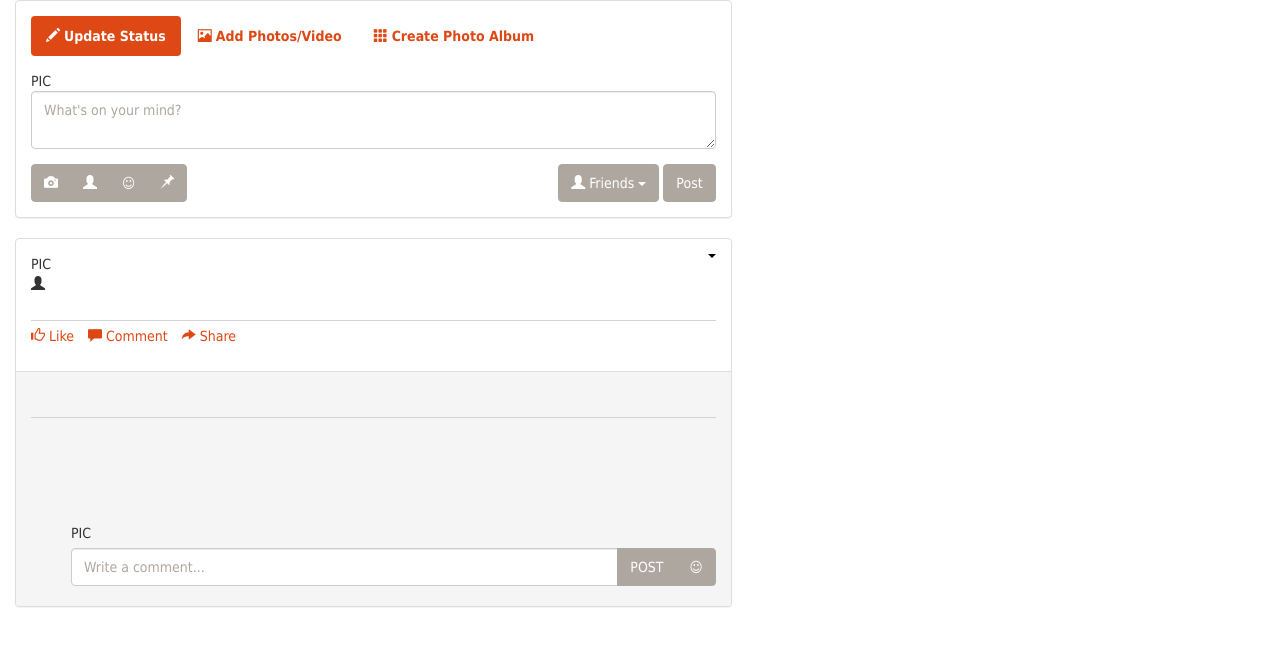
Repository: harshagithub19/news_feed
Page: fbapp3/src/main/webapp/newcheck.html
These files come from the project's save history. The page is drawn as it stood at one moment and after the next save; the edit follows.
The browser window is 1280 px wide. The pictures show the whole page.
The page's requests for data from a server got no answer. Some web fonts or font styles are not loaded; a fallback is used. Some web libraries are served in a nearby version.

Above is the page before, as saved 2017-03-05 02:35:02.

### fbapp3/src/main/webapp/newcheck.html
<!DOCTYPE html>
<html>
<head>
<meta charset="UTF-8">
<meta http-equiv="Content-Type" content="text/html; charset=ISO-8859-1">


<script src="https://ajax.googleapis.com/ajax/libs/jquery/3.1.1/jquery.min.js"></script>
<script src="https://ajax.googleapis.com/ajax/libs/jquery/3.1.1/jquery.ui.min.js"></script>
<script src="https://maxcdn.bootstrapcdn.com/bootstrap/3.3.7/js/bootstrap.min.js"></script>
<script type="text/javascript" src="http://cdn.jsdelivr.net/jquery.cookie/1.3.1/jquery.cookie.js"></script>
<link href="bootstrap/css/bootstrap.css" rel="stylesheet" />
<link href="assets/css/bootstrap-united.css" rel="stylesheet" />



<style type="text/css" >
  hr {
  margin-top: 5px;
  margin-bottom: 5px;
  /* The color of `hr` is set by its top border color.
     Yeah, it's weird. */
  border-top: 1px solid lightgray;
}
</style>

<script type="text/javascript">

  $(document).ready(function(){

	  //  var obj1 = {user_id:21};
	//	var myJSON1 = JSON.stringify(obj1);
	var user_id=21;
	var stat_id; // global variable for status that is fetched
  	       	$.ajax({
  	                   url: "http://localhost:8080/fbapp3/webapi/status/21/",
  	                   type: "GET",
  	                   //data: "myJSON1",
  	                   dataType: "json",
  	                   contentType : "application/json",
  	                   crossDomain: true,
  	                   processData: true,
  	                   success: function(response){


  	                	if(response!=null){
  	                		 //alert("working");

  	                       var data =JSON.parse(JSON.stringify(response));
  	                     //alert(data);
  	                       stat_id= data[0].statusID;
  	                      // window.alert(stat_id);

  	                     var forstatus;

	                	   forstatus = "<p"+">"+ data[0].status_desc+ "</p>";
	                	   $("#forstatus").html(forstatus);


	                	   var dateandperson;

	                	       dateandperson = "<a href="+"#"+">"+ data[0].author_id+ "</a>";
	                	       dateandperson += "<br"+">"+ data[0].created;


	                	   $("#dateandperson").html(dateandperson);


	                	   var x = data[0].likes_count;
		               	   alert(data[0].likes_count);
		               	   alert(data[0].statusID);
		               	   var lc;
		               	   //lc="<a href="+"#"+">"+13+ "</a>";
		               	   lc="<a class="+"like_class"+" href="+"#"+">"+13+"</a>";
		               	   $("#likescount").html(lc);

  	                      var cmnt=data[0].a;
  	                      var output= "<ul class="+"media-list"+">";
	                	   for (i=0; i < cmnt.length; i++){
	                	      // output += "<li class="+"media"+">"+ cmnt[i].comment_desc+ "</li>" +"<hr>";
	                	     // output+= "<li class="+"media"+">" + "<div class="+"media-left"+">"+PIC+"</div>"+"<div class="+"media-body"+">" + cmnt[i].comment_desc+"</div>"+"</li>"+"<hr>"
	                	       output+= "<li class="+"media"+">" +"<div class="+"media-left"+">"+cmnt[i].userID+"</div>"+"<div class="+"media-body"+">"+cmnt[i].comment_desc+"</div>"+"</li>"+"<hr>";
	                	   }
	                	   output += "</ul>";
  	                	   $("#output").html(output);


  	                       /***


		  	                	       // status
		  	                	        var forstatus="<p>"+data[0].status_desc+"</p";

		  	                	      //comments
				  	                	var output= "<ul class="+"media-list"+">";
				  	                	   for (i=0; i < data.length; i++){
				  	                	       output += "<li class="+"media"+">"+ data[0].a[i].comment_desc+ "</li>";

				  	                	   }

				  	                	   output += "</ul>";
				  	                	   $("#output").html(output);
				  	                	 //
				  	                	//date and person
				  	  	                	var dateandperson;

				  	  	                	       dateandperson += "<a href="+"#"+">"+ data[0].user_id+ "</a>";
				  	  	                	      // dateandperson += "<br>"+ data[0].created;


				  	  	                	   $("#dateandperson").html(dateandperson);


  	                       ***/


  	                }

  	                    else
  	                    {
							//	alert("not working");
  	                    	   window.location.href = "AddInfo.html";
  	                    	   }
  	                     },
  	          			error: function(e){
  	            					alert('Error121212: ' + e);
  	            					alert(e.toString());
  	          			}

  	    	  });

  	    //$('a[href="#thumbs-up"]').click(function(e){


  		/* $('a[href="#thumbs-up"]').on('click', 'span.glyphicon glyphicon-thumbs-up',function() {
  			// $('.like_class').html(function(i,val){
  		       var reference = this;
  		        // window.alert("hello");

  		        //alert('follow');
  		       e.preventDefault();
  		       minclose();

  		      // return val*1+1
  		     //});

  		        //$(reference).removeClass("follow");
  		        //$(reference).addClass("unfollow");




  	      }); */

  	    $('a[href="#thumbs-up"]').on('click', 'span.glyphicon glyphicon-thumbs-up', function(e) {
  	    	e.preventDefault();
  	    	var reference = this;
  	        alert('follow');
  	        minclose();
  	        $(reference).removeClass("glyphicon glyphicon-thumbs-up");
  	        $(reference).addClass("glyphicon glyphicon-user");
  	    });

  			//closing of  $('a[href="#thumbs-up"]')


	 });

  	    function minclose(){
  	      var obj = { lstatusID:2,luserID:99}; //luserID will be fetched from web token i.e user who is currently logged in
          var myJSON = JSON.stringify(obj);
 	       	alert('hereeeeeee');
  	    	$.ajax({

                type: "POST",
                url: "http://localhost:8080/fbapp3/webapi/status/incrementLike",
                data: myJSON,
                contentType : "application/json",
                dataType: "json",
                 success:function(resp) {
                     if(resp==true){
                        window.alert("liked successfully");
                  	  }
                     else
                  	   {
                    	 window.alert("error mode");
                  	   }
                    },
                    error: function(jqXHR, textStatus, errorThrown){
	                     console.log("Something really bad happened " + textStatus);
	                      $("#ajaxResponse").html(jqXHR.responseText);
	                },
	                beforeSend: function(jqXHR, settings){
	                    $('#myButton').attr("disabled", true);
	                },complete: function(jqXHR, textStatus){
	                    $('#myButton').attr("disabled", false);
	                }

           });

  	    }





</script>
<title>Insert title here</title>
</head>
<body>


<!-- Main feed: A cell that spans 7 columns -->
<div class="col-md-7">
  <!-- Status update entry -->
  <div class="panel panel-default">
    <div class="panel-body">

	    <ul class="nav nav-pills">
	      <li role="presentation" class="active">
	        <a href="#"><span class="glyphicon glyphicon-pencil"></span> <strong>Update Status</strong></a>
	      </li>
	      <li role="presentation">
	        <a href="#"><span class="glyphicon glyphicon-picture"></span> <strong>Add Photos/Video</strong></a>
	      </li>
	      <li role="presentation">
	        <a href="#"><span class="glyphicon glyphicon-th"></span> <strong>Create Photo Album</strong></a>
	      </li>
	    </ul>

        <div class="media">
			  <div class="media-left media-top">
			    PIC
			  </div>
			  <div class="media-body">
			    <div class="form-group">
			      <!-- rows="2" means "display the textarea as 2 rows high". The user can
			           enter more than 2 rows of text. -->
			      <textarea class="form-control" rows="2" placeholder="What's on your mind?"></textarea>
			    </div>
			  </div>
       </div>

      <div class="row">
		  <div class="col-md-6">
		    <div class="btn-group" role="group">
		      <button type="button" class="btn btn-default">
		        <span class="glyphicon glyphicon-camera"></span>
		      </button>
		      <button type="button" class="btn btn-default">
		        <span class="glyphicon glyphicon-user"></span>
		      </button>
		      <button type="button" class="btn btn-default">
		        ☺
		      </button>
		      <button type="button" class="btn btn-default">
		        <span class="glyphicon glyphicon-pushpin"></span>
		      </button>
		    </div>
		  </div>
		  <div class="col-md-6">
		    <div class="pull-right">
		      <button type="button" class="btn btn-default">
		        <span class="glyphicon glyphicon-user"></span> Friends <span class="caret"></span>
		      </button>
		      <button type="button" class="btn btn-default">
		        Post
		      </button>
		    </div>
		  </div>
     </div>




    </div>
  </div>
  <!-- Status update #1 -->
  <div class="panel panel-default">
  <div class="panel-body">
    <!-- Post metadata -->
    <div class="row">
      <div class="col-md-10">
        <div class="media">
          <div class="media-left media-top">PIC</div>
          <div class="media-body">
            <p id="dateandperson">
            <span class="glyphicon glyphicon-user"></span>
          </div>
        </div>
      </div>
      <div class="col-md-2">
        <span class="caret pull-right"></span>
      </div>
    </div>
    <!-- Post content -->
    <div class="row">
      <div class="col-md-12">
       <p id="forstatus">
      </div>
    </div>
  <hr>
  <div class="row">
		  <div class="col-md-12">
		    <ul class="list-inline">
		      <li>
		      <a href="#thumbs-up"><span class="glyphicon glyphicon-thumbs-up"></span> Like</a>
		      </li>
		      <li>
		      <a href="#"><span class="glyphicon glyphicon-comment"></span> Comment</a>
		      </li>
		      <li>
		      <a href="#"><span class="glyphicon glyphicon-share-alt"></span> Share</a>
		      </li>
		    </ul>
		  </div>
  </div>
 </div> <!--  div of panel body for status update 1 -->
 <!-- panel body footer -->
 <div class="panel-footer" id="o">
	  <div class="row">
	   <!-- <div class="col-md-12"> -->
	       <p id="likescount"></p>
	       <br>
	    <!-- </div>  -->

	   </div>


  <hr>
  <div class="pre-scrollable" style="height:100px;">
       <p id="output"></p>
       <br>

  </div>

   <ul>
   <li class="media">
      <div class="media-left" style= "height:25px;width:25px;">
        PIC
      </div>
      <div class="media-body">
        <div class="input-group">
          <input type="text" class="form-control" placeholder="Write a comment...">
          <span class="input-group-btn">
            <button type="button" class="btn btn-default">
              POST
            </button>
            <button class="btn btn-default" type="button">
              ☺
            </button>
          </span>
        </div>
      </div>
    </li>
   </ul>


 <!--   <ul class="media-list">
    <li class="media">
      <div class="media-left media-top">
        PIC
      </div>
      <div class="media-body">
        <a href="#">Someone Else</a> hope everything is ok!

      </div>
    </li>
    <li class="media">
      <div class="media-left media-top">
        PIC
      </div>
      <div class="media-body">
        <div class="input-group">
          <input type="text" class="form-control" placeholder="Write a comment...">
          <span class="input-group-btn">
            <button class="btn btn-default" type="button">
              <span class="glyphicon glyphicon-camera"></span>
            </button>
            <button class="btn btn-default" type="button">
              ☺
            </button>
          </span>
        </div>
      </div>
    </li>
  </ul> -->



</div>



</div> <!--  div of panel default for status update 1 -->

</div>





</body>
</html>

Loaded but not shown: fbapp3/src/main/webapp/bootstrap/css/bootstrap.css (library); fbapp3/src/main/webapp/assets/css/bootstrap-united.css (library)

After the next save:
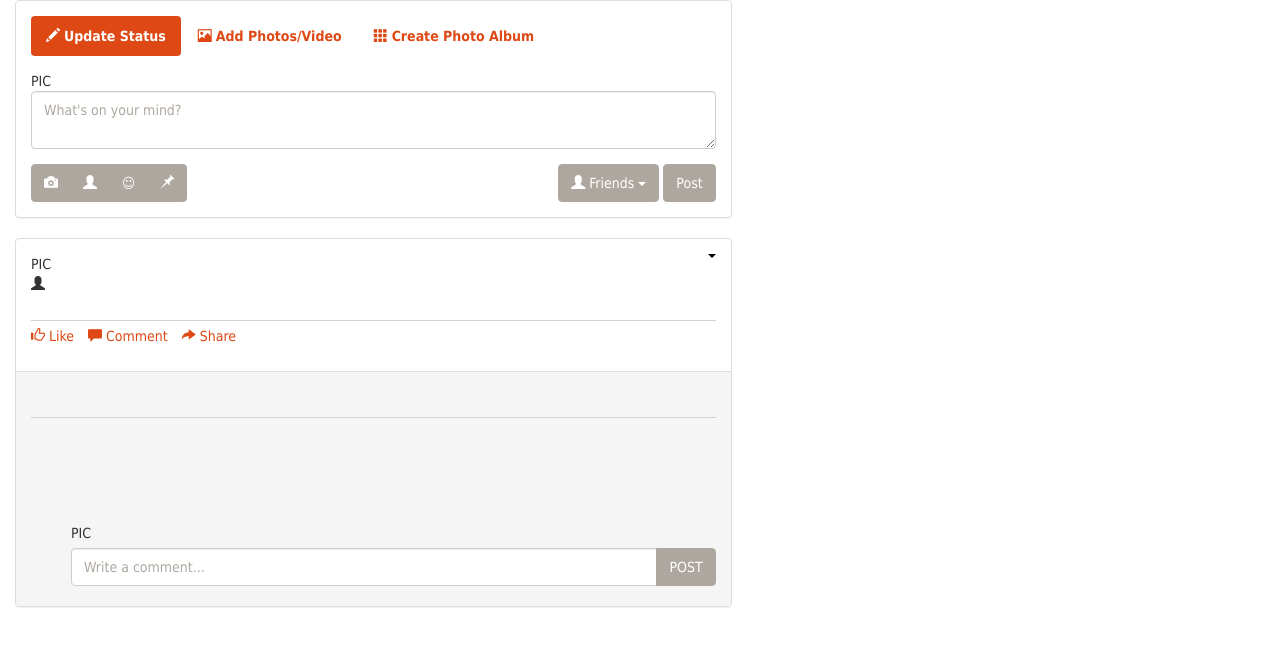
Saved 63 s later.
--- a/fbapp3/src/main/webapp/newcheck.html
+++ b/fbapp3/src/main/webapp/newcheck.html
@@ -346,9 +346,7 @@
             <button type="button" class="btn btn-default">
               POST
             </button>
-            <button class="btn btn-default" type="button">
-              ☺
-            </button>
+
           </span>
         </div>
       </div>
